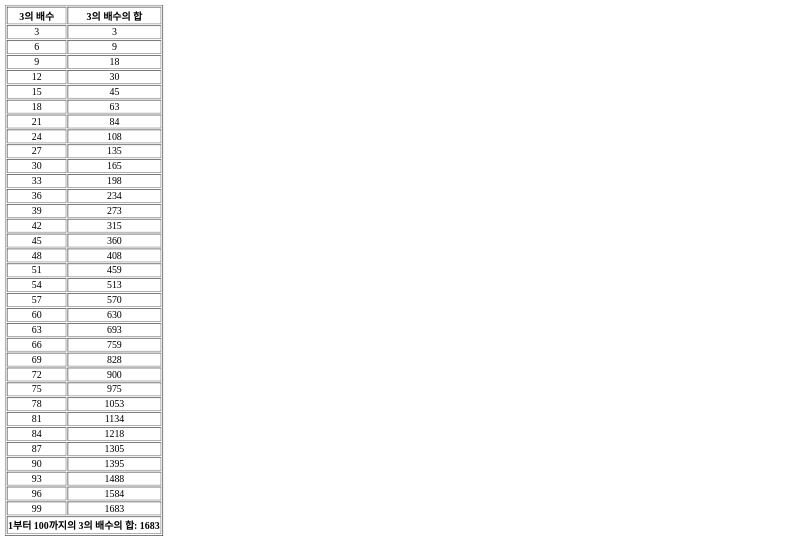
Repository: Mildous/HKIT-BackendClass
Page: http://localhost/jspExam/Q3.jsp
The author's editor kept a copy of each file at every save. The page is drawn from the files as they stood at one save, then again after the next save.
The browser window is 1280 px wide. The pictures show the whole page, at 62% of full size.
The page is served by Tomcat 9.

Above is the page before, as saved 2022-08-25 05:13:28.

After the next save:
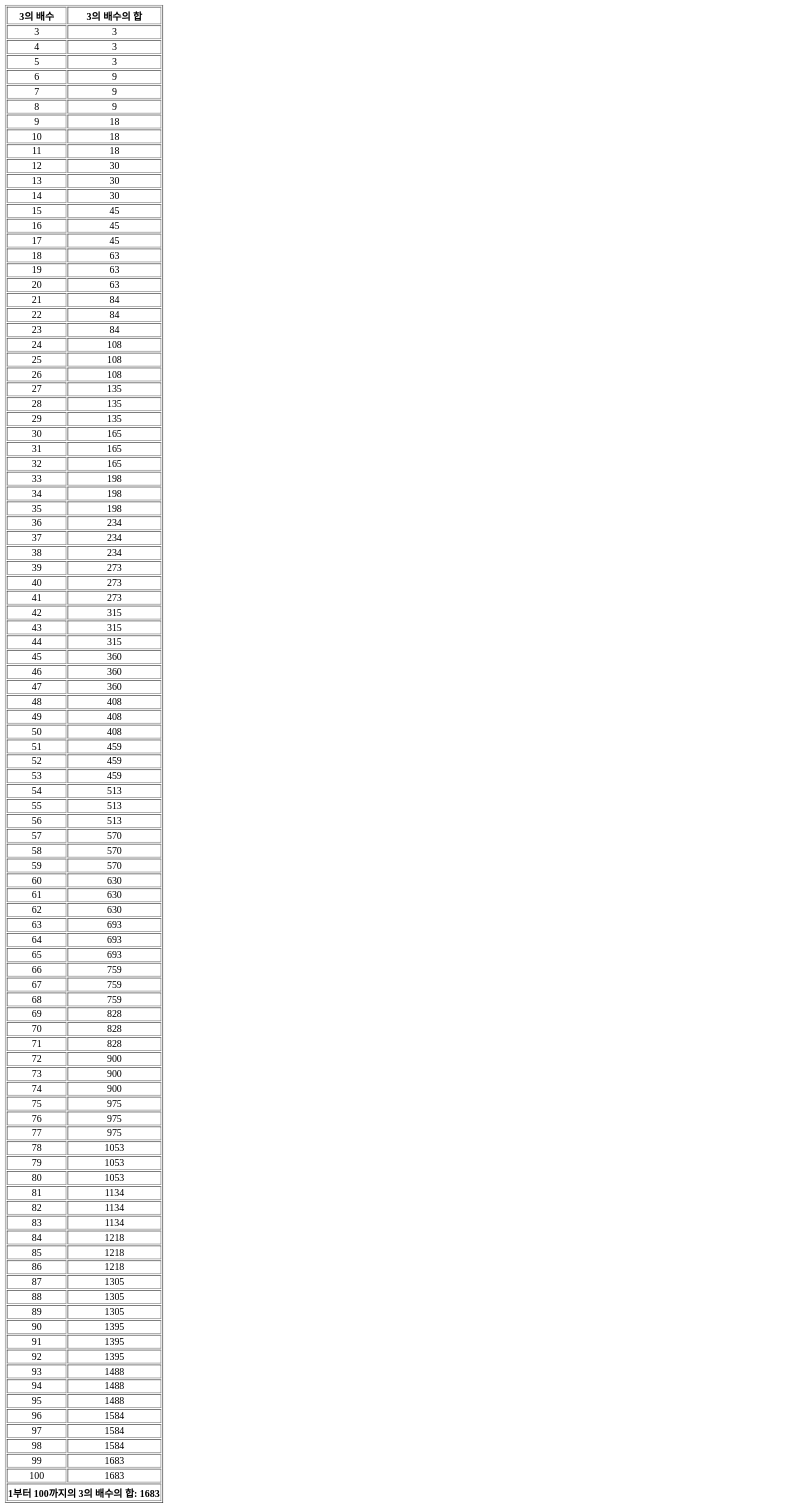
Saved 2 min 20 s later.
--- a/workspace/jsp/jspExam/WebContent/Q3.jsp
+++ b/workspace/jsp/jspExam/WebContent/Q3.jsp
@@ -17,8 +17,6 @@
 	for(int i=3; i<=100; i++) {
 		if(i % 3 == 0) {
 			total += i;
-		} else {
-			continue;
 		}
 %>
 <tr>
